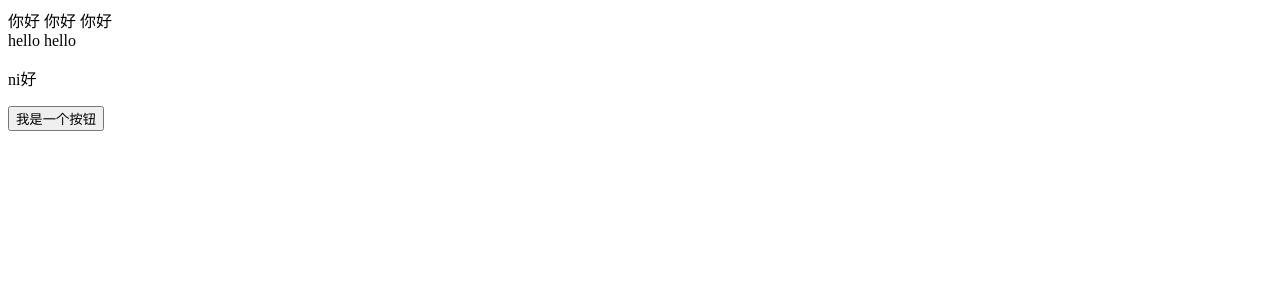
Repository: ls02/VSCode
Page: Java/2022/6-22-1/Test1.html
The author's editor kept a copy of each file at every save. The page is drawn from the files as they stood at one save, then again after the next save.
The browser window is 1280 px wide. The pictures show the whole page.

Above is the page before, as saved 2022-06-23 22:54:01.

### Java/2022/6-22-1/Test1.html
<!--
 * @Author: ls02 <2877455773@qq.com>
 * @Date: 2022-06-22 15:36:44
 * @LastEditors: ls02 <2877455773@qq.com>
 * @LastEditTime: 2022-06-23 22:54:01
 * @FilePath: \Java\2022\6-22-1\Test1.html
 * @Description:
 *
 * Copyright (c) 2022 by ${ls02 <2877455773@qq.com>}, All Rights Reserved.
-->
<!DOCTYPE html>
<html lang="en">
<head>
    <meta charset="UTF-8">
    <meta http-equiv="X-UA-Compatible" content="IE=edge">
    <meta name="viewport" content="width=device-width, initial-scale=1.0">
    <title>我的标题</title>
</head>
<body>
    <div>
        <span>你好</span>
        <span>你好</span>
        <span>你好</span>
    </div>
    <div>
        <span>hello</span>
        <span>hello</span>
    </div>
    <p>ni好</p>
    <script>
        alert('Hello, world!');
    </script>
    <input type="button" value="我是一个按钮" onclick="alert('hello, world!');">
</body>
</html>

After the next save:
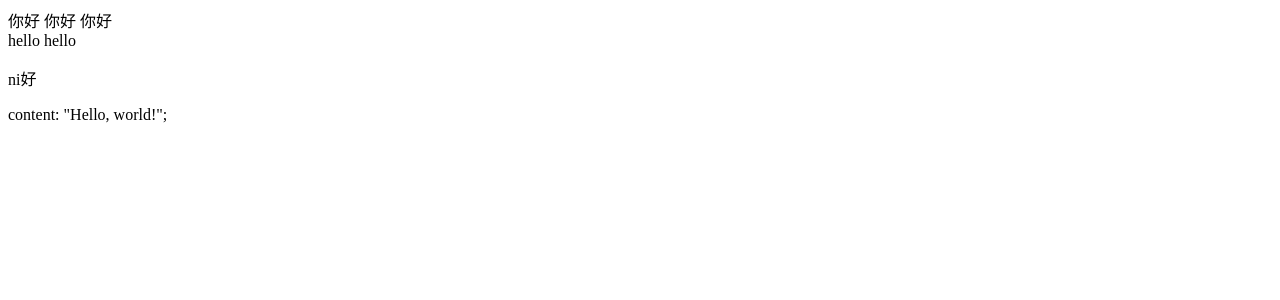
Saved 18 min 42 s later.
--- a/Java/2022/6-22-1/Test1.html
+++ b/Java/2022/6-22-1/Test1.html
@@ -2,7 +2,7 @@
  * @Author: ls02 <2877455773@qq.com>
  * @Date: 2022-06-22 15:36:44
  * @LastEditors: ls02 <2877455773@qq.com>
- * @LastEditTime: 2022-06-23 22:54:01
+ * @LastEditTime: 2022-06-23 23:12:42
  * @FilePath: \Java\2022\6-22-1\Test1.html
  * @Description:
  *
@@ -30,6 +30,7 @@
     <script>
         alert('Hello, world!');
     </script>
-    <input type="button" value="我是一个按钮" onclick="alert('hello, world!');">
+    <!-- <input type="button" value="我是一个按钮" onclick="alert('hello, world!');"> -->
+    content: "Hello, world!";
 </body>
 </html>
